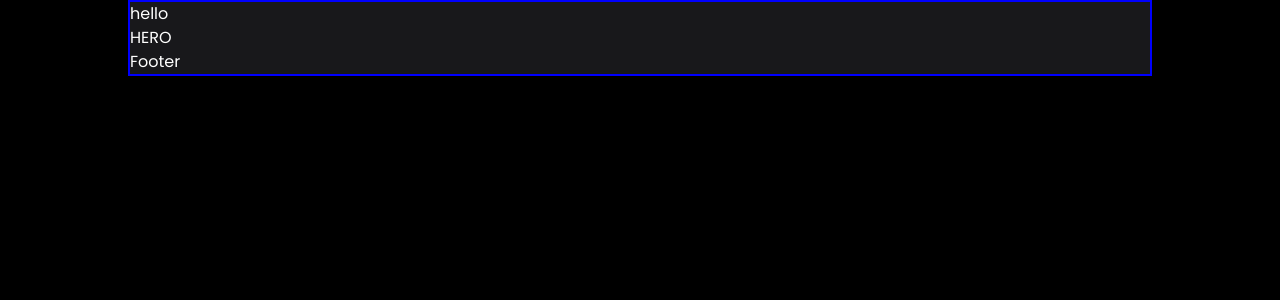
Repository: Wafaabahgat/Portfolio
Page: /
The author's editor kept a copy of each file at every save. The page is drawn from the files as they stood at one save, then again after a run of saves.
The browser window is 1280 px wide. The pictures show the whole page.
The project was rebuilt for these pictures with package versions that can differ from the ones it lists, and the page was loaded fresh each time. Also part of the build but not shown: vite.config.ts, src/App.css, src/ErrorPage.tsx.

Above is the page before, as saved 2023-12-07 02:38:24.

### index.html
<!DOCTYPE html>
<html lang="en">
  <head>
    <meta charset="UTF-8" />
    <link rel="icon" type="image/svg+xml" href="/vite.svg" />
    <meta name="viewport" content="width=device-width, initial-scale=1.0" />
    <link rel="preconnect" href="https://fonts.googleapis.com" />
    <link rel="preconnect" href="https://fonts.gstatic.com" crossorigin />
    <link
      href="https://fonts.googleapis.com/css2?family=Poppins:wght@200;300;400;500;600;700;800&display=swap"
      rel="stylesheet"
    />
    <title>My Portfilio</title>
  </head>
  <body>
    <div id="root"></div>
    <script type="module" src="/src/main.tsx"></script>
  </body>
</html>

### src/main.tsx
import { RouterProvider } from "react-router-dom";
import ReactDOM from "react-dom/client";
import "./index.css";
import router from "./App";

ReactDOM.createRoot(document.getElementById("root")!).render(
  <RouterProvider router={router} />
);

### src/index.css
@tailwind base;
@tailwind components;
@tailwind utilities;

* {
  font-family: "Poppins", sans-serif;
}

:root {
  --primary: #000;
  --secondary: rgb(24 24 27);
  --border: rgb(63, 63, 70, 0.4);
}
.light {
  --primary: #fff;
}

body {
  background-color: var(--primary);
  color: #fff;
}

html {
  /* max-width: 2000px; */
  margin: 0;
  padding: 0;
}

.container {
  width: 80%;
  margin-left: auto;
  margin-right: auto;
  background-color: var(--secondary);
  border: 2px solid blue;
}

### src/App.tsx
import "./App.css";
import { createBrowserRouter } from "react-router-dom";
// import Root from "@pages/root";
import Root from "./pages/root";

import { Home } from "./pages/index";
import ErrorPage from "./ErrorPage";

const router = createBrowserRouter([
  {
    path: "/",
    element: <Root />,
    errorElement: <ErrorPage />,
    children: [
      {
        index: true,
        path: "/",
        element: <Home />,
      },
    ],
  },
]);

export default router;

### src/pages/root.tsx
import { Outlet } from "react-router-dom";
import Header from "../components/layouts/Header";
import Footer from "../components/layouts/Footer";

const Root = () => {
  return (
    <div className="container">
      <Header />
      <Outlet />
      <Footer />
    </div>
  );
};

export default Root;

### src/components/layouts/Header.tsx
import { FC } from "react";

interface HeaderProps {}

// const links = [
//   {
//     link: "/",
//     name: "home",
//   },
//   {
//     link: "/services",
//     name: "services",
//   },
//   {
//     link: "/blog",
//     name: "blog",
//   },
//   {
//     link: "/about-us",
//     name: "about us",
//   },
// ];

const Header: FC<HeaderProps> = () => {
  // const { pathname } = useLocation();

  return (
    <>
      <div>hello</div>
    </>
  );
};

export default Header;

### src/components/layouts/Footer.tsx
import { FC } from "react";

interface FooterProps {}

const Footer: FC<FooterProps> = () => {
  return (
    <>
      <div>Footer</div>
    </>
  );
};

export default Footer;

### src/pages/Home.tsx
import { FC } from "react";
import Hero from "../components/home/Hero";

interface HomeProps {}

const Home: FC<HomeProps> = () => {
  return (
    <>
      <div>
        <Hero />
      </div>
    </>
  );
};

export default Home;

### src/components/home/Hero.tsx
import { FC } from "react";

interface HeroProps {}

const Hero: FC<HeroProps> = () => {
  return (
    <>
      <div>HERO</div>
    </>
  );
};

export default Hero;

### tailwind.config.js
/** @type {import('tailwindcss').Config} */
export default {
  content: ["./index.html", "./src/**/*.{js,ts,jsx,tsx}"],
  darkMode: "class",
  theme: {
    extend: {
      colors: {
        main: "#252466",
        "main-light": "#3873FF",
        "sub-dark": "#252466",
        "main-dark": "#41427D",
        "text-color": "#FCFCFC",
        "text-gray": "#667085",
        "text-primary": "#9795B5",
      },
      // gridTemplateColumns: {
      //   prod: "repeat(auto-fit, minmax(130px, 1fr))",
      //   plog: "repeat(auto-fit, minmax(300px, 1fr))",
      // },
    },
  },
  plugins: [],
};

Loaded but not shown: src/pages/index.ts (common file)

After the next 3 saves:
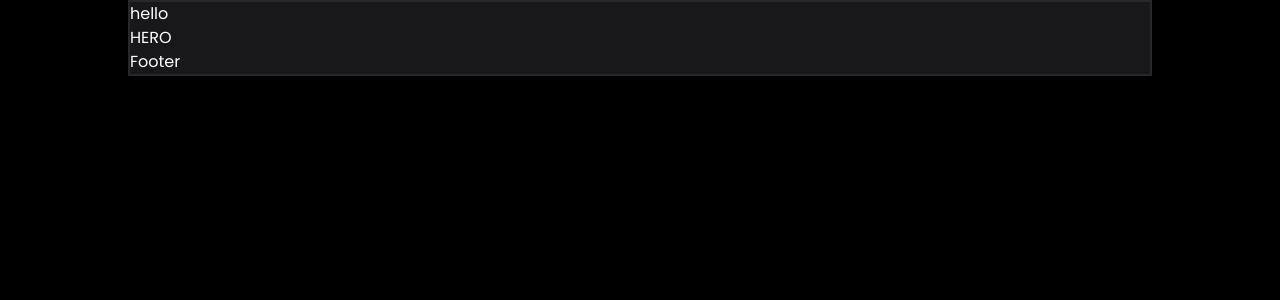
The 3 saves are shown as one change because they came seconds apart.
The last was saved 21 s later.
--- a/src/index.css
+++ b/src/index.css
@@ -31,5 +31,5 @@ html {
   margin-left: auto;
   margin-right: auto;
   background-color: var(--secondary);
-  border: 2px solid blue;
+  border: 2px solid var(--border);
 }
